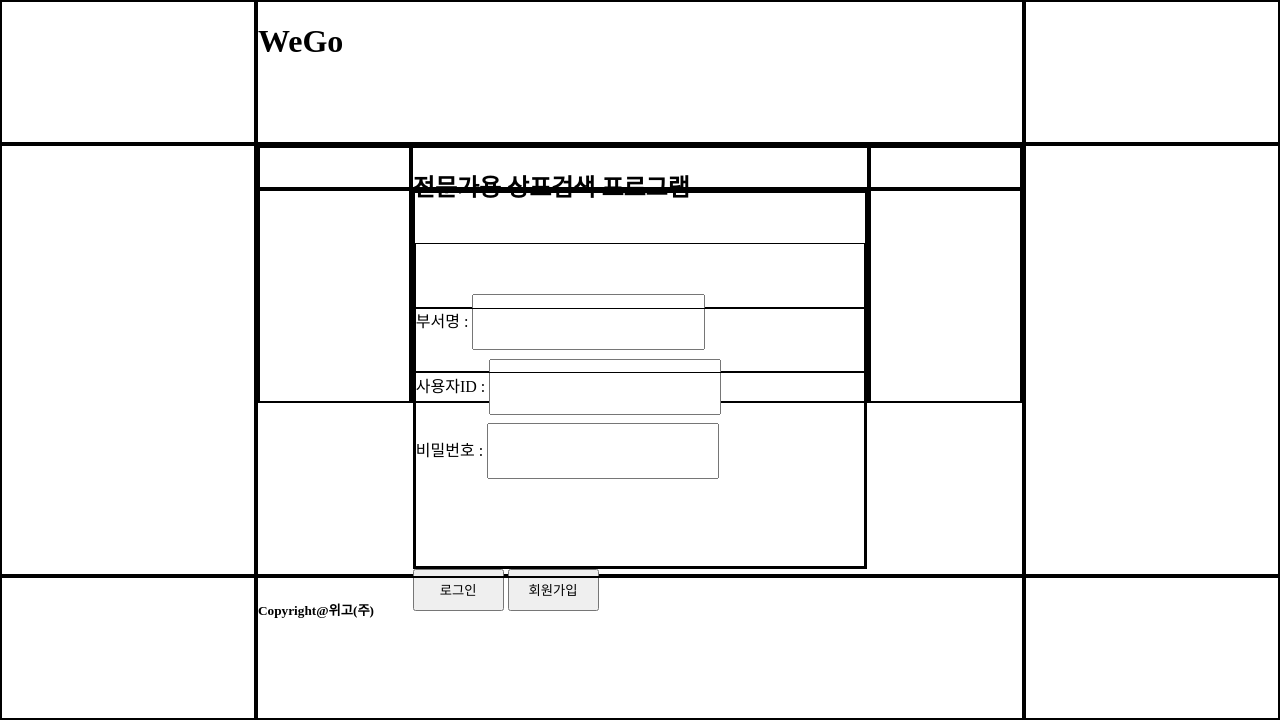
Repository: hamuse/wego1
Page: http://localhost/teamW1/facade.do
An editor plug-in stored every save of this project. The page is shown before and after the next save, followed by the edit.
The browser window is 1280 px wide. The pictures show the whole page.
Some web libraries are served in a nearby version. The page is served by Tomcat 9. Other server files are loaded and not shown.

Above is the page before, as saved 2019-10-07 10:56:51.

### teamW1/WebContent/WEB-INF/views/facade/main.jsp
<%@ page language="java" contentType="text/html; charset=UTF-8"
   pageEncoding="UTF-8"%>
<%@ taglib prefix="c" uri="http://java.sun.com/jsp/jstl/core" %>
<jsp:include page="../common/head.jsp"/>
<div class="container">
<div></div><div><h2>전문가용 상표검색 프로그램</h2></div><div></div>
<div></div>

<div class="content">
<c:choose>
    <c:when test="${page eq 'login'}">
    <jsp:include page="login.jsp"/>
    </c:when>
    <c:when test="${page eq 'join'}">
    <jsp:include page="join.jsp"/>
    </c:when>
</c:choose>
</div>
<div></div>
</div>
<jsp:include page="../common/foot.jsp"/>

### teamW1/WebContent/WEB-INF/views/common/head.jsp
<%@ page language="java" contentType="text/html; charset=UTF-8"
    pageEncoding="UTF-8"%>
<!doctype html>
<html lang="en">
<head>
	<meta charset="UTF-8" />
	<title>Document</title>
	<script src='http://ajax.googleapis.com/ajax/libs/jquery/1.11.3/jquery.min.js'></script>
	<script src="${js}/app.js"></script>
	<link rel="stylesheet" type="text/css" href="${css}/style.css"></link>
</head>
<body>
<div class="wrapper" style="width: 100%; height:100%">
<div></div><div><h1>WeGo</h1></div><div></div>
<div></div>

### teamW1/WebContent/WEB-INF/views/facade/login.jsp
<%@ page language="java" contentType="text/html; charset=UTF-8"
   pageEncoding="UTF-8"%>
<form id="login_form">
<div id="login_tab">
    <div id="login_tab_item_1">
    부서명 : <input id="d_Name" class="input_text" type="text" name="dName"/>
    </div>
    <div id="login_tab_item_2">
    사용자ID : <input id="userName" class="input_text" type="text" name="empNo"/>
    </div>
    <div id="login_tab_item_3">
    비밀번호 : <input id="userPw" class="input_text" type="text" name="eName"/>
    </div>
</div>
    <input type="hidden" name="action" value="login" />
    <input type="hidden" name="page" value="mypage" />
    <input id="login_btn" type="button" value="로그인"/>
    <input id="join_btn" type="button" value="회원가입"/>
</form>
<script>
/*$('#login_btn').click(function(){
    alert('쫌!!!!떠라!!!!');
}); */
app.init('${ctx}');
</script>

### teamW1/WebContent/WEB-INF/views/common/foot.jsp
<%@ page language="java" contentType="text/html; charset=UTF-8"
    pageEncoding="UTF-8"%>

<div></div><div></div><div><h5>Copyright@위고(주)</h5></div>
<div></div>

</body>
</html>

### teamW1/src/com/web/team1/controllers/FacadeController.java
package com.web.team1.controllers;

import java.io.IOException;
import javax.servlet.ServletException;
import javax.servlet.annotation.WebServlet;
import javax.servlet.http.HttpServlet;
import javax.servlet.http.HttpServletRequest;
import javax.servlet.http.HttpServletResponse;

import com.web.team1.pool.Constants;

@WebServlet("/facade.do")
public class FacadeController extends HttpServlet {
	private static final long serialVersionUID = 1L;

	enum Resources {
		CTX, CSS, JS, IMG
	}
	protected void service(HttpServletRequest request, HttpServletResponse response) throws ServletException, IOException {
		for(Resources r : Resources.values()) {
			System.out.println("퍼사드>>>>>"+r.toString().toLowerCase());
//			    request.getSession().setAttribute(r.toString().toLowerCase(), request.getContextPath()+"/resources/"+r.toString().toLowerCase());
			    request.getSession().setAttribute(r.toString().toLowerCase(), request.getContextPath()+((r.toString().toLowerCase().equals("ctx"))
			    		?"" : "/resources/"+r.toString().toLowerCase()));
		}
		if(request.getParameter("page")==(null)) {
		request.setAttribute("page","login");
	}else {
		request.setAttribute("page", request.getParameter("page"));
		}
	request.getRequestDispatcher(
				String.format(Constants.DOUBLE_PATH,
						request.getServletPath().substring(1,request.getServletPath().indexOf(".")),
						"main"))
		.forward(request,response);
//		System.out.println("야 퍼사드로 들어오냥?");
//		 request
//		  .getRequestDispatcher(
//				  String.format(Constants.DOUBLE_PATH,request.getServletPath().substring(1,request.getServletPath().indexOf(".")),
//						  "login"))
//		  .forward(request, response);

	}
}

### teamW1/WebContent/resources/js/app.js
var app= (()=>{
    return{
        init : (ctx)=>{
            $('#login_btn').click(()=>{
                alert('로그인!!!!!!');
                location.assign(ctx+'/login.do?action=login&page=mypage');
            });
            $('#join_btn').click(()=>{
                alert('회원가입 이동');
                location.assign(ctx+'/facade.do?action=move&page=join');
            });
            btn.login2(ctx);
            btnjoin.joinbtn(ctx);
        }

    };
})();
var member = (()=>{
    var _dName,_deptNo,_eName,_empNo,_dName,_job,_mgr,_hireDate,_comm;
    var setEmpNo = (empNo)=>{this._empNo = empNo;}
    var setEName = (eName)=>{this._eName = eName;}
    var setDName = (dName)=>{this._dName = dName;}
    var getEmpNo = ()=>{return this._setEmpNo;}
    var getEName = ()=>{return this._setEName;}
    var getDName = ()=>{return this._setDName;}
    return{
        setEmpNo : setEmpNo,setEName : setEName,setDName : setDName,
        getEmpNo : getEmpNo,getEName : getEName,getDName : getDName
    };
})();
var btn= (()=>{
	return{
		 login2 : (ctx)=>{
			   $('#login_btn').click(()=>{
	            	if($('#d_Name').val()===''||$('#empNo').val()===''||
	            			$('#eName').val()===''){
	            		alert('필수값이 없습니다')}
	            		else{
	            			alert('입력한 아이디 값: '+$('#empNo').val());
	            			$('#login_form')
	            			$('#login_form').attr('action', ctx+'/login.do');
	            			$('#login_form').attr('method','POST');
	            			$('#login_form').submit();
	            		}
	            });
		 }
	};
})();

var btnjoin=(()=>{
	return{
		joinbtn : (ctx)=>{
			$('#join_btn1').click(()=>{
				alert('회원가입!!!됐냐?!!!');
				$('#join_form').attr('action',ctx+'/login.do');
				$('#join_form').submit();

			});
		}
	};
})();

### teamW1/WebContent/resources/css/style.css
@charset "UTF-8";
html, body{
	margin: 0;
	height: 100%;
	overflow: hidden;
}
.wrapper{
	display: grid;
	width: 100%
	height: 100%;
	grid-template-columns: 20% 60% 20%;
	grid-template-rows: 20% 60% 20%;
}
.wrapper div{
	border: 2px solid black;
}
.container{
	display: grid;
	width: 100%
	height: 100%;
	grid-template-columns: 20% 60% 20%;
	grid-template-rows: 10% 50% 10%;
}
.container div{
	border : 2px solid black;
}
#login_tab{
	display: grid;
	width: 100%
	height: 80%
	grid-template-columns: 20% 20%;
	grid-template-rows: 20% 20%;
	margin: 0 auto;
	padding-top: 50px;
}
#join_form{width: 100%; height: 100%}
#login_form{width: 100%; height: 100%}
#login_tab div{border : 1px solid black;}
#login_tab_item_1{grid-column: 1/5;}
#login_tab_item_2{grid-column: 1/5;}
#login_tab_item_3{grid-column: 1/5;}
#login_btn{width: 20%; height: 20%}
#join_btn{width: 20%; height: 20%}
.input_text{width: 50%; height: 50px; margin-top: 50px}

After the next save:
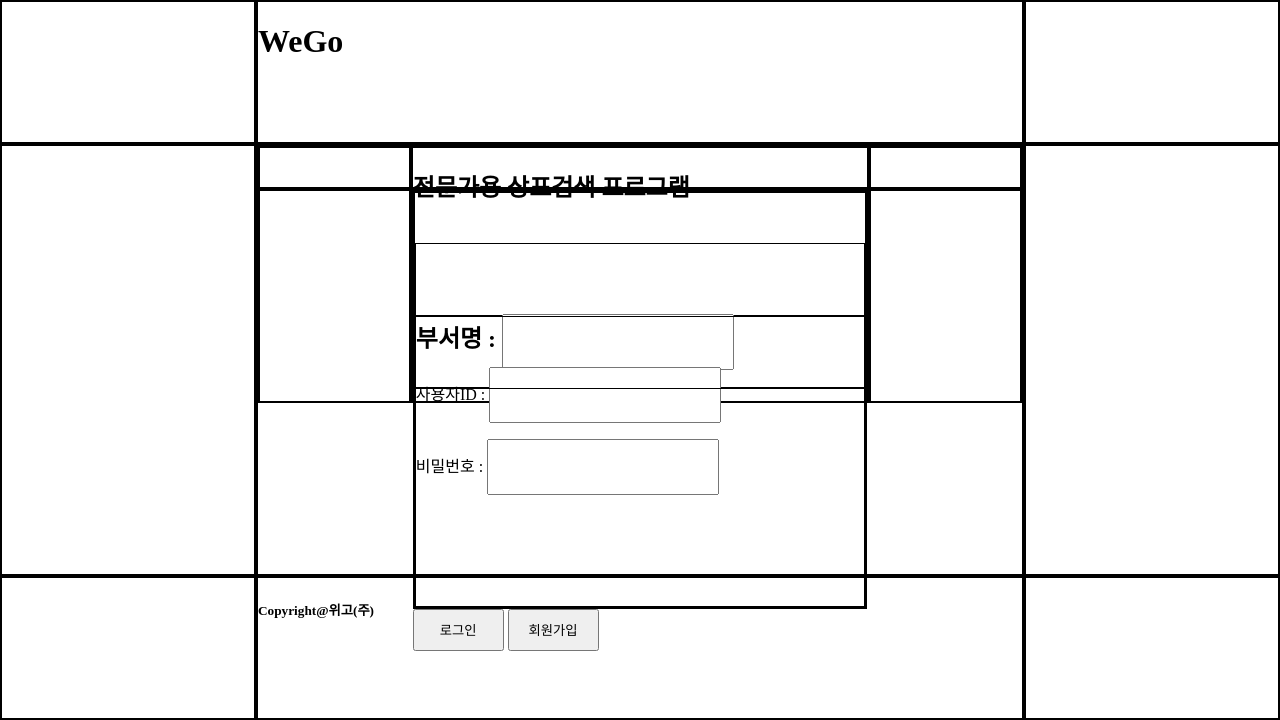
Saved 50 s later.
--- a/teamW1/WebContent/WEB-INF/views/facade/login.jsp
+++ b/teamW1/WebContent/WEB-INF/views/facade/login.jsp
@@ -3,7 +3,7 @@
 <form id="login_form">
 <div id="login_tab">
     <div id="login_tab_item_1">
-    부서명 : <input id="d_Name" class="input_text" type="text" name="dName"/>
+   <h2> 부서명 : <input id="d_Name" class="input_text" type="text" name="dName"/></h2>
     </div>
     <div id="login_tab_item_2">
     사용자ID : <input id="userName" class="input_text" type="text" name="empNo"/>
